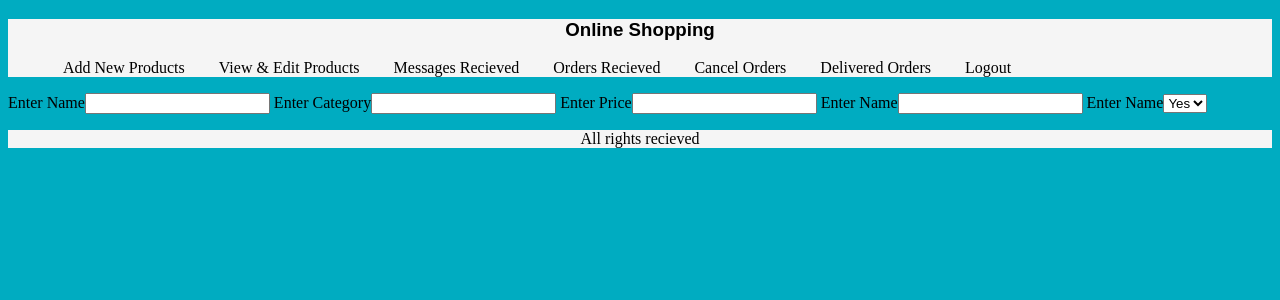
Repository: NidhiDaniel/E-Cart
Page: http://localhost/Online-Shopping-Cart/admin/addproduct.jsp
These files come from the project's save history. The page is drawn as it stood at one moment and after the next save; the edit follows.
The browser window is 1280 px wide. The pictures show the whole page.
The page is served by Tomcat 9. Other server files are loaded and not shown.

Above is the page before, as saved 2024-01-05 10:16:30.

### Online-Shopping-Cart/src/main/webapp/admin/addproduct.jsp
<%@ page language="java" contentType="text/html; charset=ISO-8859-1"
    pageEncoding="ISO-8859-1"%>
    <%@include file="adminheader.jsp" %>
<!DOCTYPE html>
<html>
<head>
<meta charset="ISO-8859-1">
<title>Insert title here</title>
<link rel="stylesheet" type="text/css" href="css/admin-home.css">
</head>
<body>
<div class="product-container">
   <div class="product-form">
   <label>Enter Name</label><input type="text" name="product-name">
   <label>Enter Category</label><input type="text" name="product-name">
   <label>Enter Price</label><input type="text" name="product-name">
   <label>Enter Name</label><input type="text" name="product-name">
   <label>Enter Name</label><select>
     <option>Yes</option>
     <option>No</option>
   </select>
   </div>
</div>
</body>
</html>
<%@include file="../footer.jsp" %>

### Online-Shopping-Cart/src/main/webapp/admin/adminheader.jsp
<%@ page language="java" contentType="text/html; charset=ISO-8859-1"
	pageEncoding="ISO-8859-1"%>
<!DOCTYPE html>
<html>
<head>
<meta charset="ISO-8859-1">
<title>Insert title here</title>
<link rel="stylesheet" type="text/css" href="../css/header.css">
</head>
<body>
	<div class="header">
	   <h3>Online Shopping</h3>
		<ul>
			<li><a href="#"> Add New Products</a></li>
			<li><a href="#"> View & Edit Products</a></li>
			<li><a href="#"> Messages Recieved</a></li>
			<li><a href="#"> Orders Recieved</a></li>
			<li><a href="#"> Cancel Orders</a></li>
			<li><a href="#"> Delivered Orders</a></li>
			<li><a href="#"> Logout</a></li>
		</ul>

	</div>
</body>
</html>

### Online-Shopping-Cart/src/main/webapp/footer.jsp
<%@ page language="java" contentType="text/html; charset=ISO-8859-1"
    pageEncoding="ISO-8859-1"%>
<!DOCTYPE html>
<html>
<head>
<meta charset="ISO-8859-1">
<title>Insert title here</title>
<link rel="stylesheet" type="text/css" href="../css/footer.css">
</head>
<body>
<div class="footer">
<p>All rights recieved</p>
</div>
</body>
</html>

### Online-Shopping-Cart/src/main/webapp/css/header.css
@charset "ISO-8859-1";
body{
	background: #00ACC1;
}
.header{
	width: auto;
	height:auto;
	background: #f5f5f5;
}
.header ul li{
	list-style: none;
	display: inline-block;

}
.header h3{
	text-align: center;
	font-family: sans-serif;
	font-weight: 900;
}
.header ul li a{
	margin: 15px;
    text-decoration: none;
    color: black;
    font-weight: 500;
}

### Online-Shopping-Cart/src/main/webapp/css/footer.css
@charset "ISO-8859-1";
.footer{
	background: #f5f5f5;
}
.footer p{
text-align: center;
}

### Online-Shopping-Cart/src/main/webapp/css/admin-home.css
@charset "ISO-8859-1";
.admin-container h3{
	text-align: center;
	color: white;
	font-size: 100px;
}

After the next save:
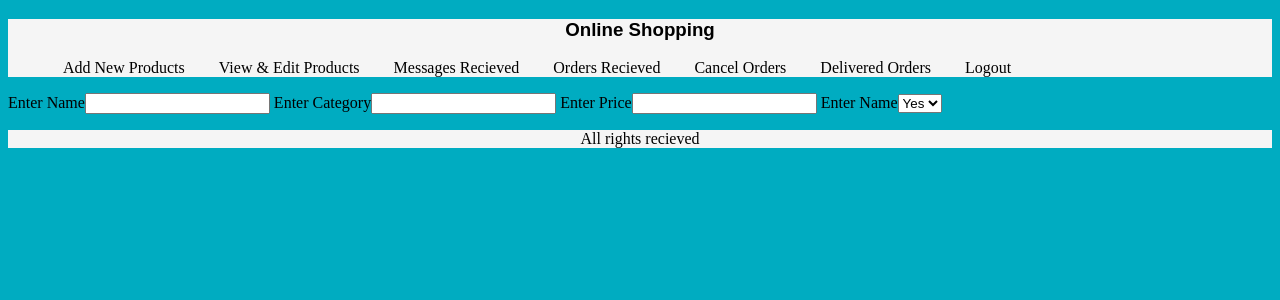
Saved 10 s later.
--- a/Online-Shopping-Cart/src/main/webapp/admin/addproduct.jsp
+++ b/Online-Shopping-Cart/src/main/webapp/admin/addproduct.jsp
@@ -14,7 +14,6 @@
    <label>Enter Name</label><input type="text" name="product-name">
    <label>Enter Category</label><input type="text" name="product-name">
    <label>Enter Price</label><input type="text" name="product-name">
-   <label>Enter Name</label><input type="text" name="product-name">
    <label>Enter Name</label><select>
      <option>Yes</option>
      <option>No</option>
